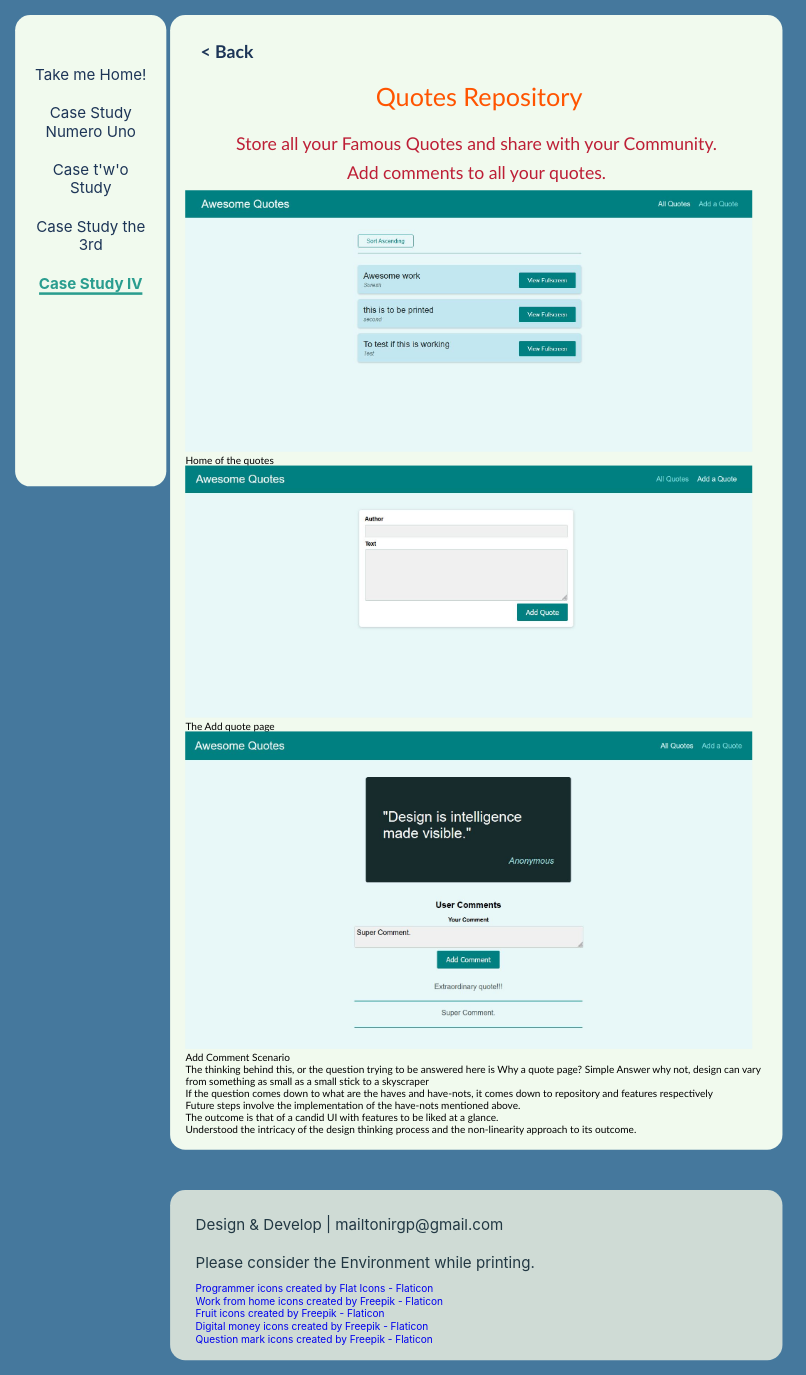
Repository: niranjangp/portfolioReact
Page: /cs-four
The author's editor kept a copy of each file at every save. The page is drawn from the files as they stood at one save, then again after the next save.
The browser window is 1280 px wide. The pictures show the whole page, at 63% of full size.
The project was rebuilt for these pictures with package versions that can differ from the ones it lists, and the page was loaded fresh each time. Also part of the build but not shown: src/pages/enterDesign.jsx, src/pages/csOne.jsx, src/pages/csTwo.jsx, src/pages/csThree.jsx, src/pages/notFound.jsx.

Above is the page before, as saved 2022-02-02 01:29:13.

### public/index.html
<!DOCTYPE html>
<html lang="en">
  <head>
    <meta charset="utf-8" />
    <!--<link rel="icon" href="%PUBLIC_URL%/favicon.ico" />-->
    <meta name="viewport" content="width=device-width, initial-scale=1" />
    <meta name="theme-color" content="#000000" />
    <meta
      name="description"
      content="Web site created using create-react-app"
    />
    <!--<link rel="apple-touch-icon" href="%PUBLIC_URL%/logo192.png" />-->
    <!--
      manifest.json provides metadata used when your web app is installed on a
      user's mobile device or desktop. See https://developers.google.com/web/fundamentals/web-app-manifest/
    -->
    <link rel="manifest" href="%PUBLIC_URL%/manifest.json" />
    <!--
      Notice the use of %PUBLIC_URL% in the tags above.
      It will be replaced with the URL of the `public` folder during the build.
      Only files inside the `public` folder can be referenced from the HTML.

      Unlike "/favicon.ico" or "favicon.ico", "%PUBLIC_URL%/favicon.ico" will
      work correctly both with client-side routing and a non-root public URL.
      Learn how to configure a non-root public URL by running `npm run build`.
    -->
    <title>Portfolio</title>
  </head>
  <body>
    <noscript>You need to enable JavaScript to run this app.</noscript>
    <div id="root"></div>
    <!--
      This HTML file is a template.
      If you open it directly in the browser, you will see an empty page.

      You can add webfonts, meta tags, or analytics to this file.
      The build step will place the bundled scripts into the <body> tag.

      To begin the development, run `npm start` or `yarn start`.
      To create a production bundle, use `npm run build` or `yarn build`.
    -->
  </body>
</html>

### src/index.css
body {
  margin: 0;
  font-family: -apple-system, BlinkMacSystemFont, 'Segoe UI', 'Roboto', 'Oxygen',
    'Ubuntu', 'Cantarell', 'Fira Sans', 'Droid Sans', 'Helvetica Neue',
    sans-serif;
  -webkit-font-smoothing: antialiased;
  -moz-osx-font-smoothing: grayscale;
  box-sizing: border-box;
}

code {
  font-family: source-code-pro, Menlo, Monaco, Consolas, 'Courier New',
    monospace;
}

p {
  margin: 0;
}

### src/App.js
import './App.css';

import { Route, NavLink, Switch, Redirect } from 'react-router-dom';
import EnterTheDesign from './pages/enterDesign';
import CSOne from './pages/csOne';
import CSTwo from './pages/csTwo';
import CSThree from './pages/csThree';
import CSFour from './pages/csFour';
import NotFound from './pages/notFound';

function App() {
  const flatIconLink = "https://www.flaticon.com/free-icons/programmer";
  const wfhIconLink = "https://www.flaticon.com/free-icons/work-from-home";


  return (
    <div className='App'>
      <div className="containerOne">
        <nav className='navigation'>
          <div className='navDiv'>
            <NavLink activeClassName="nav-link active" className="nav-link" to="/enter-the-design">Take me Home!</NavLink>
          </div>
          <div className='navDiv'>
            <NavLink activeClassName="nav-link active" className="nav-link" to="/cs-one">Case Study Numero Uno</NavLink>
          </div>
          <div className='navDiv'>
            <NavLink activeClassName="nav-link active" className="nav-link" to="/cs-two">Case t'w'o Study</NavLink>
          </div>
          <div className='navDiv'>
            <NavLink activeClassName="nav-link active" className="nav-link" to="/cs-three">Case Study the 3rd</NavLink>
          </div>
          <div className='navDiv'>
            <NavLink activeClassName="nav-link active" className="nav-link" to="/cs-four">Case Study IV</NavLink>
          </div>
        </nav>
        <main className='mainOne'>
          <Switch>
            <Route exact path="/" ><Redirect to="/enter-the-design" /></Route>
            <Route path="/enter-the-design" ><EnterTheDesign /></Route>
            <Route exact path="/cs-one" ><CSOne /></Route>
            <Route exact path="/cs-two" ><CSTwo /></Route>
            <Route exact path="/cs-three"><CSThree /></Route>
            <Route exact path="/cs-four"><CSFour /></Route>

            <Route path="*"><NotFound /></Route>
          </Switch>
          {/*<div className='firstRow'>
            <div className="width-60">
              <p className='fr-info'>NIRANJAN G P, IS A UI DEVELOPER AT DELOITTE USI</p>
            </div>
            <div className="width-40 img-block">
              <img src={avatarIcon} alt="avatar-icon" className='avtr-img' />
            </div>
          </div>
          <div className='sec-row'>
            <p>Hi, this is Niranjan.</p>
            <p>I Joined Deloitte USI as a campus recruit. Since then I've been part of many innovative and high-intensity projects, coordinating between multiple virtual teams to help complete client deliverables.</p>
            <p>I've been part of the FRONT-END community since 2017 and constantly learning and developing UI and gradually having a go at UX design parallely.</p>
            <p>Currently based in Bengaluru, I have a big love for travel and adventure, also keeping in mind to do my bit to conserve the environment.</p>
            <p>Thanks for stopping by.</p>
          </div>*/}

        </main>
        <footer>
          <div className='footer-info'>
            {/*<p>Niranjan G P</p>*/}
            <p>Design & Develop    |   mailtonirgp@gmail.com</p>
            <p>Please consider the Environment while printing.</p>
          </div>
          <div className='credits'>
            <a href={flatIconLink} title="programmer icons">Programmer icons created by Flat Icons - Flaticon</a>
            <a href={wfhIconLink} title="work from home icons">Work from home icons created by Freepik - Flaticon</a>
            <a href="https://www.flaticon.com/free-icons/fruit" title="fruit icons">Fruit icons created by Freepik - Flaticon</a>
            <a href="https://www.flaticon.com/free-icons/digital-money" title="digital money icons">Digital money icons created by Freepik - Flaticon</a>
            <a href="https://www.flaticon.com/free-icons/question-mark" title="question mark icons">Question mark icons created by Freepik - Flaticon</a>
          </div>
        </footer>
      </div>

    </div>
  );
}

export default App;

### src/App.css
.containerOne {
  background-color: #45789d;
  padding: 24px;
  position: relative;
}

.mainOne {
  width: 75%;
  margin-left: 20%;
  background-color: #F1FAEE;
  height: 100%;
  border-radius: 1.5rem;
  padding: 24px;
}

.navigation {
  position: absolute;
  top: 24px;
  left: 24px;
  width: 15%;
  height: 660px;
  background-color: #F1FAEE;
  border-radius: 1.5rem;
  padding: 64px 24px 24px;
}

.navDiv {
  padding: 16px 0;
  text-align: center;
}

.nav-link {
  font-size: 24px;
  text-decoration: none;
  color: #1d3557;
}

.nav-link.active {
  color: #2a9d8f;
  font-weight: bold;
  border-bottom: 4px solid #2a9d8f;
}

.fr-info {
  font-size: 3rem;
  font-family: 'Gill Sans', 'Gill Sans MT', Calibri, 'Trebuchet MS', sans-serif;
  padding: 24px 24px 24px 48px;
  color: #1d3557;
}

.firstRow {
  display: flex;
  align-items: center;
  padding: 64px 0;
}

.width-60 {
  width: 60%;
}

.width-40 {
  width: 40%;
}

.fullWidth {
  width: 100%;
}

.img-block {
  text-align: center;
}

.sec-row {
  background-color: #1d3557;
  color: #f1faee;
  border-radius: 0.75rem;
  padding: 64px;
  font-family: 'Lucida Sans', 'Lucida Sans Regular', 'Lucida Grande', 'Lucida Sans Unicode', Geneva, Verdana, sans-serif;
  font-size: 28px;
  text-align: justify;
}

.sec-row p {
  padding: 16px;
}

.centered {
  margin: 3rem auto;
  text-align: center;
  display: flex;
  justify-content: center;
  align-items: center;
}

.linkSel {
  text-decoration: underline;
  font-weight: bold;
}

.third-row {
  display: flex;
  flex-wrap: wrap;
  padding: 96px 24px 0;
}

.card-box {
  width: 50%;
  text-align: center;
  height: 600px;
}

.card {
  width: 400px;
  height: 450px;
  background-color: #ffddd2;
  border-radius: 20px;
  box-shadow: 4px 4px 4px 4px rgba(0, 0, 0, 0.2);
  margin: 3rem auto;
  flex-grow: 1;
  flex-shrink: 1;
  transition: width 500ms ease 0s;
}

.card:hover {
  box-shadow: 4px 4px 4px 8px rgba(0, 0, 0, 0.2);
  width: 420px;
  height: 470px;
  cursor: pointer;
}

.card a {
  text-decoration: none;
}

.card p {
  font-size: 32px;
  padding: 24px;
  color: #1d3557;
  font-family: Verdana, Geneva, Tahoma, sans-serif;
}

.card-icon {
  width: 256px;
  margin-top: 40px;
}

.intro-cs {
  text-align: center;
  font-size: 40px;
  color: #1d3557;
  font-family: 'Trebuchet MS', 'Lucida Sans Unicode', 'Lucida Grande', 'Lucida Sans', Arial, sans-serif;
}

footer {
  width: 75%;
  margin-left: 20%;
  background-color: #cfdbd5;
  height: 100%;
  border-radius: 1.5rem;
  padding: 24px;
  margin-top: 64px;
  color: #223843;
}

.footer-info {
  font-size: 1.5rem;
}

.footer-info p {
  padding: 1rem;
}

.credits {
  padding-left: 16px;
}

.credits a {
  text-decoration: none;
  display: block;
}

.csOne {
  min-height: 660px;
  height: 100%;
  color: #1d3557;
}

.backLink {
  font-size: 28px;
  font-weight: bold;
  padding: 16px 16px 16px 24px;
}

.backLink a {
  text-decoration: none;
  color: #1d3557;

}

.csOneHeader, .csTwoHeader, .cs3Header, .cs4Header {
  font-size: 40px;
  padding: 16px 16px 32px 24px;
}

.csOneBody {
  padding: 0 24px;
}

.csOneH {
  font-size: 32px;
  padding-bottom: 8px;
  border-bottom: 2px solid #1d3557;
  margin-bottom: 16px;
  display: inline-block;
}

.csOneC {
  font-size: 28px;
}

.pd-bt {
  padding-bottom: 48px;
}

.pd-bt-small {
  padding-bottom: 24px;
}

.clrp {
  width: 100px;
  height: 40px;
  border-top-right-radius: 20px;
  border-bottom-right-radius: 20px;
  margin-right: 24px;
}

.fir {
  background-color: #0070D2;
}

.sec {
  background-color: #16325C;
}

.thi {
  background-color: #526173;
}

.fou {
  font-family: sans-serif;
  padding-right: 24px;
}

.dp-flx {
  display: flex;
  margin: 16px 40px;
  align-items: center;
}

.flx-bx {
  display: flex;
  align-items: center;
  justify-content: space-evenly;
  margin-bottom: 48px;
}

.flx-bx div {
  font-size: 32px;
}

.mrDesk {
  width: 800px;
}

.last-text {
  font-size: 28px;
  color: #f07167;
  margin: 0 64px 24px;
  text-align: center;
}

.csTwo {
  font-family: 'Franklin Gothic Medium', 'Arial Narrow', Arial, sans-serif;
}

.csTwoHeader {
  color: #e76f51;
}

.csTwoPara {
  color: #0081a7;
  font-size: 28px;
  padding-bottom: 8px;
}

.padd-div {
  padding: 16px 24px 56px;
}

.csTwoRowTwo {
  color: #c81d25;
  font-size: 32px;
  padding-bottom: 16px;
  border-bottom: 2px solid #c81d25;
  margin-bottom: 48px;
}

.textCen {
  text-align: center;
}

.screenName {
  font-size: 24px;
  width: 80%;
  margin: 0 auto;
  margin-bottom: 0px;
  background-color: #284b63;
  color: #fff;
  border-top-left-radius: 12px;
  border-top-right-radius: 12px;
  padding: 8px 0;
}

.scrIcon {
  width: 80%;
  margin: 8px 0 64px;
}

.cs3 {
  font-family: 'Lucida Sans', 'Lucida Sans Regular', 'Lucida Grande', 'Lucida Sans Unicode', Geneva, Verdana, sans-serif;
}

.cs3Header {
  color: #006d77;
  border-bottom: 2px solid #006d77;
  display: inline-block;

}


.right-content {
  text-align: right;
  margin: 64px 0;
}

.exp-para {
  font-size: 40px;
  display: inline-block;
  background-color: #52b69a;
  padding: 8px 16px;
  border-radius: 20px;
  color: #fff;
  font-weight: bold;
  margin-bottom: 24px;
}

.exp-header {
  display: inline-block;
  font-size: 40px;
  color: #14746f;
  padding-bottom: 8px;
  border-bottom: 2px dotted #14746f;
  margin-bottom: 8px;
}

.flexExp {
  display: flex;
  align-items: center;
  justify-content: space-around;
}

.iconText {
  padding: 24px;
  font-size: 32px;
  color: #00afb9;
}

.expIcon {
  margin: 64px 0;
  width: 900px;
}

.last .exp-para {
  font-size: 28px;
}

.cs4 {
  font-family: 'Trebuchet MS', 'Lucida Sans Unicode', 'Lucida Grande', 'Lucida Sans', Arial, sans-serif;
}

.cs4Header {
  text-align: center;
  color: #ff5400;
}

.quoIcon {
  width: 900px;
}

.quo-pack {
  text-align: center;
}

.cs4-para {
  text-align: center;
  font-size: 28px;
  color: #bd1f36;
  padding-bottom: 12px;
}

.mrg-blk {
  margin: 64px 0;
}


/*.containerOne {
  background-color: #F1FAEE;
}
.mainOne {
  background-color: #a8dadc;
  width: 75%;
  margin-left: 20%;
  /-*background-color: #45789d;*-/
  height: 660px;
}

.p1 {
  color: #1d3557;
}
.p2 {
  color: #f1faee;
}*/

/*.App-logo {
  height: 40vmin;
  pointer-events: none;
}

@media (prefers-reduced-motion: no-preference) {
  .App-logo {
    animation: App-logo-spin infinite 20s linear;
  }
}

.App-header {
  background-color: #282c34;
  min-height: 100vh;
  display: flex;
  flex-direction: column;
  align-items: center;
  justify-content: center;
  font-size: calc(10px + 2vmin);
  color: white;
}

.App-link {
  color: #61dafb;
}

@keyframes App-logo-spin {
  from {
    transform: rotate(0deg);
  }

  to {
    transform: rotate(360deg);
  }
}*/

### src/pages/csFour.jsx
import React from 'react';
import { Link } from 'react-router-dom';
import QuoHome from '../assets/quoteHome.JPG';
import AddQuo from '../assets/addQuote.JPG';
import CommonScen from '../assets/commScen.JPG';


const csFour = () => {
    return (
        <div className="cs4">
            <div className="backLink"><Link to="/enter-the-design">{'< Back'}</Link></div>
            <div className='cs4Header'>Quotes Repository</div>
            <div className="quo-body">
                <div>
                    <p className="cs4-para">Store all your Famous Quotes and share with your Community.</p>
                    <p className="cs4-para">Add comments to all your quotes.</p>
                </div>
                <div>
                    <div clasName="quo-pack"><img src={QuoHome} alt="quote-home" className="quoIcon" /><div className="">Home of the quotes</div></div>
                    <div clasName="quo-pack"><img src={AddQuo} alt="quote-home" className="quoIcon" /><div>The Add quote page</div></div>
                    <div clasName="quo-pack"><img src={CommonScen} alt="quote-home" className="quoIcon" /><div>Add Comment Scenario</div></div>
                </div>
                <div>
                    <p>The thinking behind this, or the question trying to be answered here is Why a quote page? Simple Answer why not, design can vary from something as small as a small stick to a skyscraper</p>
                    <p>If the question comes down to what are the haves and have-nots, it comes down to repository and features respectively</p>
                    <p>Future steps involve the implementation of the have-nots mentioned above.</p>
                    <p>The outcome is that of a candid UI with features to be liked at a glance.</p>
                    <p>Understood the intricacy of the design thinking process and the non-linearity approach to its outcome.</p>
                </div>
            </div>
        </div>
    )
};

export default csFour;

Loaded but not shown: src/index.js (common file); src/reportWebVitals.js (common file)

After the next save:
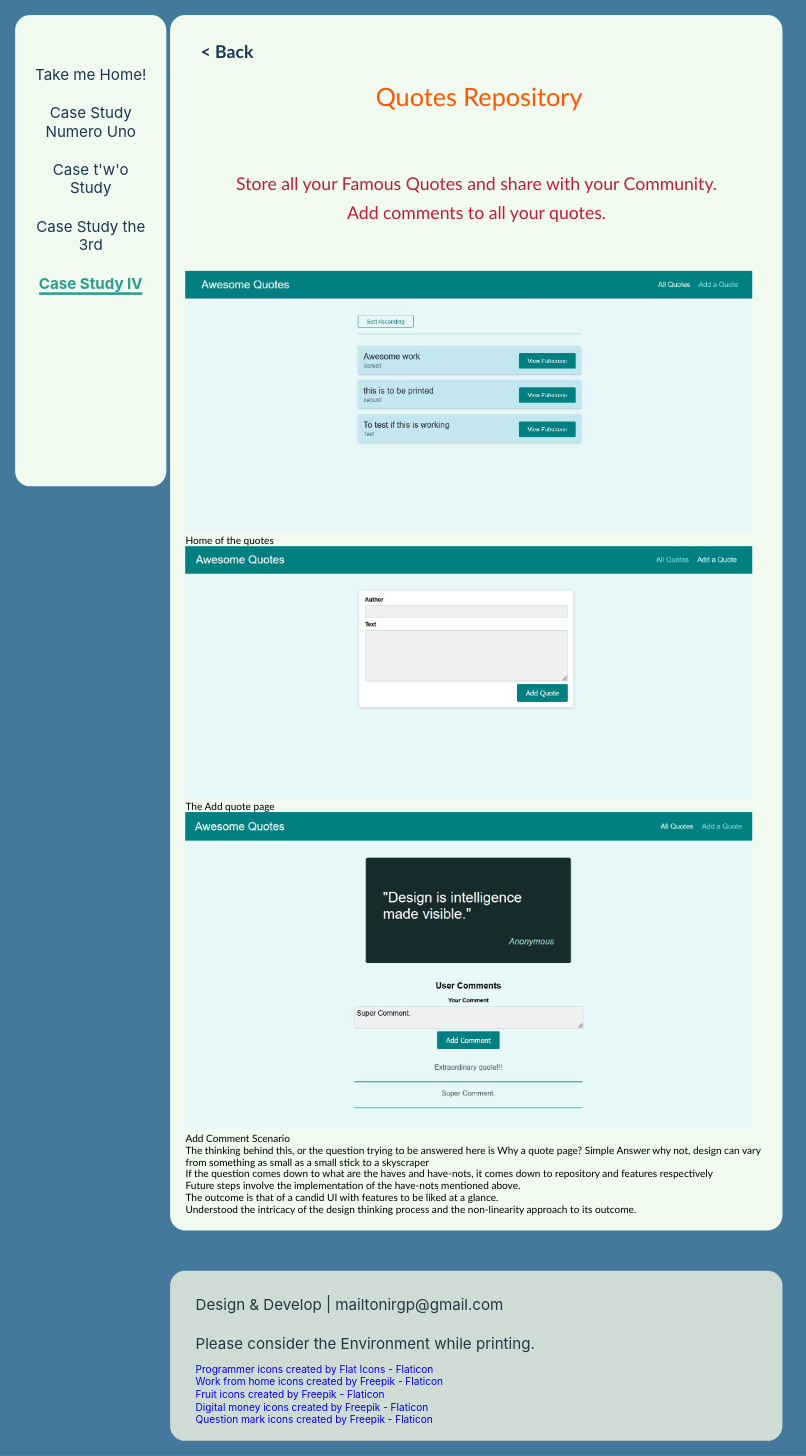
Saved 8 s later.
--- a/src/pages/csFour.jsx
+++ b/src/pages/csFour.jsx
@@ -11,7 +11,7 @@ const csFour = () => {
             <div className="backLink"><Link to="/enter-the-design">{'< Back'}</Link></div>
             <div className='cs4Header'>Quotes Repository</div>
             <div className="quo-body">
-                <div>
+                <div className="mrg-blk">
                     <p className="cs4-para">Store all your Famous Quotes and share with your Community.</p>
                     <p className="cs4-para">Add comments to all your quotes.</p>
                 </div>
